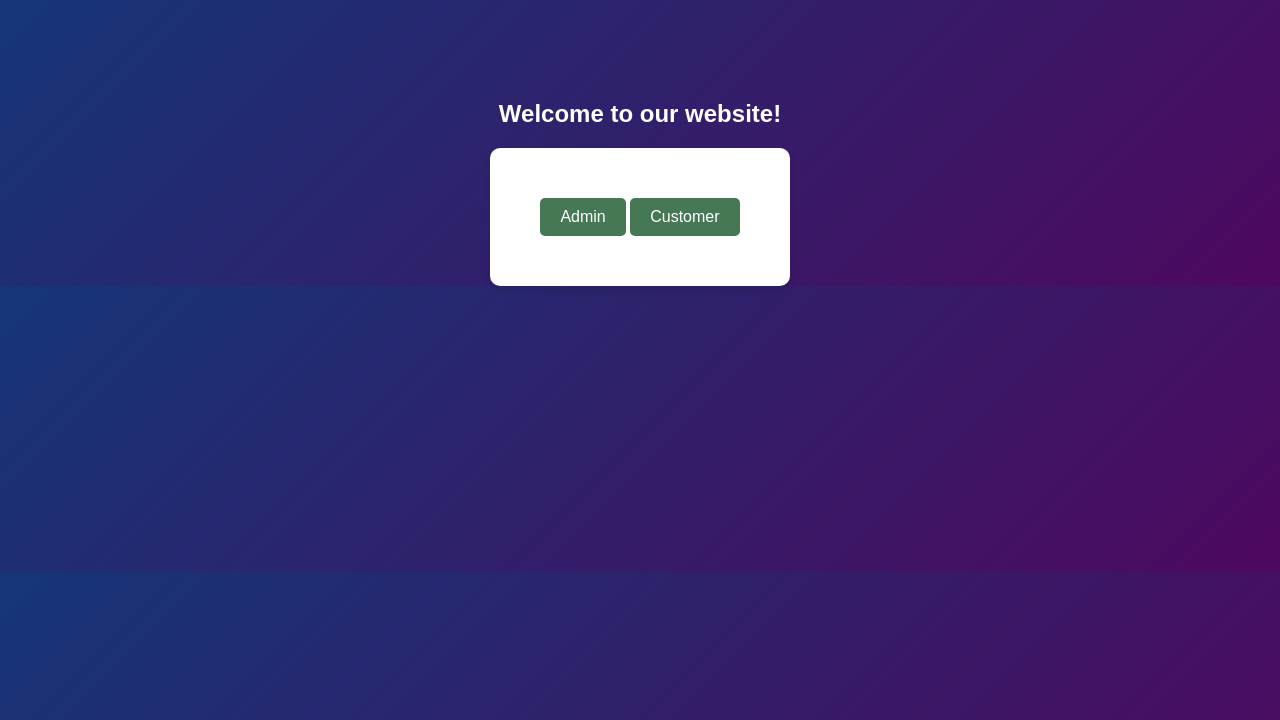
Repository: gauravraj08/bankingSystemJspServlet
Page: http://localhost/BankMangementSystem/
An editor plug-in stored every save of this project. The page is shown before and after the next save, followed by the edit.
The browser window is 1280 px wide. The pictures show the whole page.
The page is served by Tomcat 9. Other server files are loaded and not shown.

Above is the page before, as saved 2024-04-20 20:56:10.

### BankMangementSystem/src/main/webapp/index.jsp
<!DOCTYPE html>
<html>
<head>
    <title>Welcome</title>
    <link rel="stylesheet" type="text/css" href="css/index.css">
</head>
<style>
body {
    font-family: Arial, sans-serif;
    margin: 0;
    padding: 0;
    width: 100%;
    background: linear-gradient(135deg,#153677,#4e085f);

}

.container {
    text-align: center;
    margin-top: 100px;
}

h2 {
    color: #fff;
}

.card-container {
    display: flex;
    justify-content: center;
    margin-top: 20px;
}

.card {
    padding: 50px;
    margin: 0 10px;
    border-radius: 10px;
    background-color: #fff; /* Card background color */
    box-shadow: 0 4px 8px rgba(0, 0, 0, 0.1);
}

button {
    padding: 10px 20px;
    font-size: 16px;
    cursor: pointer;
    border: none;
    border-radius: 5px;
    background-color: #477855;
    color: #fff;
    transition: background-color 0.3s;
    justify-content:space-between;
}

button:hover {
    background-color: #0056b3;
}

</style>
<body>
    <div class="container">
        <h2>Welcome to our website!</h2>
        <div class="card-container">
            <form action="redirect" method="post">
                <div class="card">
                    <button type="submit" name="userType" value="admin">Admin</button>

                    <button type="submit" name="userType" value="customer">Customer</button>
                </div>
            </form>
        </div>
    </div>
</body>
</html>

### BankMangementSystem/src/main/webapp/css/index.css
body {
    font-family: Arial, sans-serif;
    background-color: #f0f0f0; /* Background color */
    margin: 0;
    padding: 0;
}

.container {
    text-align: center;
    margin-top: 100px; /* Adjust as needed */
}

h2 {
    color: #333;
}

.card-container {
    display: flex;
    justify-content: center;
    margin-top: 20px;
}

.card {
    padding: 20px;
    margin: 0 10px;
    border-radius: 10px;
    background-color: #fff; /* Card background color */
    box-shadow: 0 4px 8px rgba(0, 0, 0, 0.1);
}

button {
    padding: 10px 20px;
    font-size: 16px;
    cursor: pointer;
    border: none;
    border-radius: 5px;
    background-color: #007bff;
    color: #fff;
    transition: background-color 0.3s;
}

button:hover {
    background-color: #0056b3;
}

After the next save:
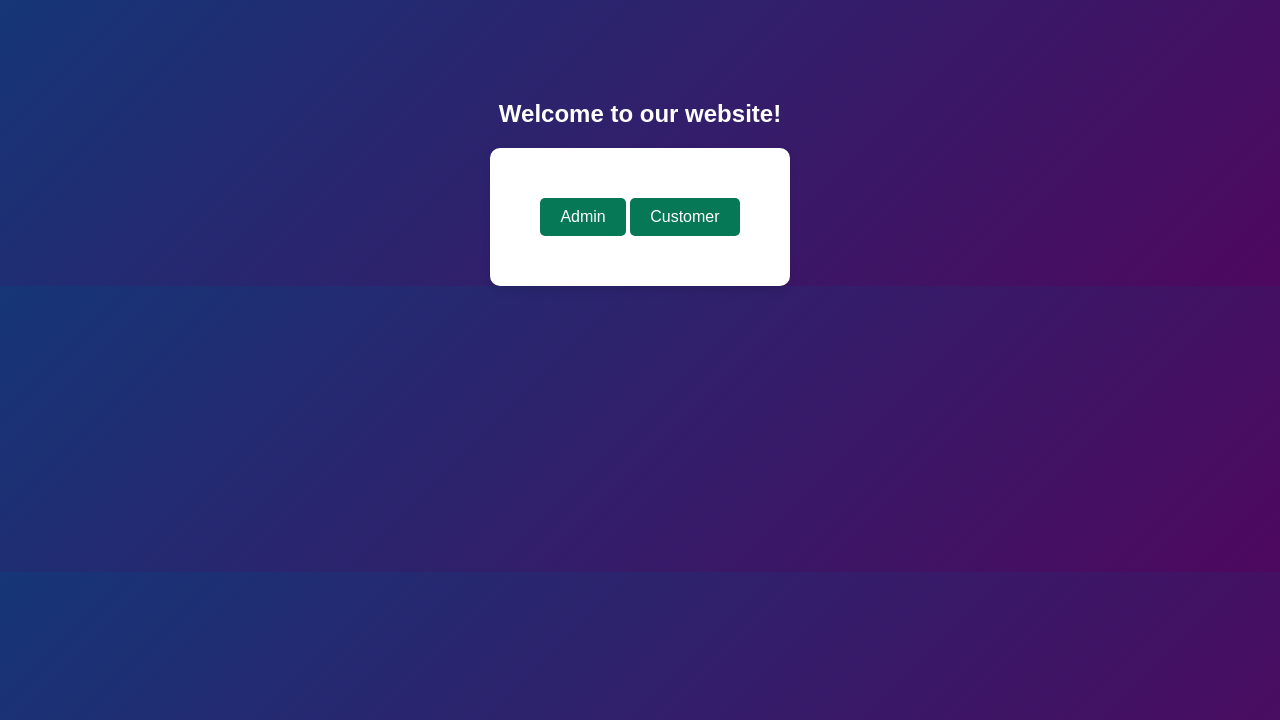
Saved 11 s later.
--- a/BankMangementSystem/src/main/webapp/index.jsp
+++ b/BankMangementSystem/src/main/webapp/index.jsp
@@ -43,7 +43,7 @@ button {
     cursor: pointer;
     border: none;
     border-radius: 5px;
-    background-color: #477855;
+    background-color: #077855;
     color: #fff;
     transition: background-color 0.3s;
     justify-content:space-between;
